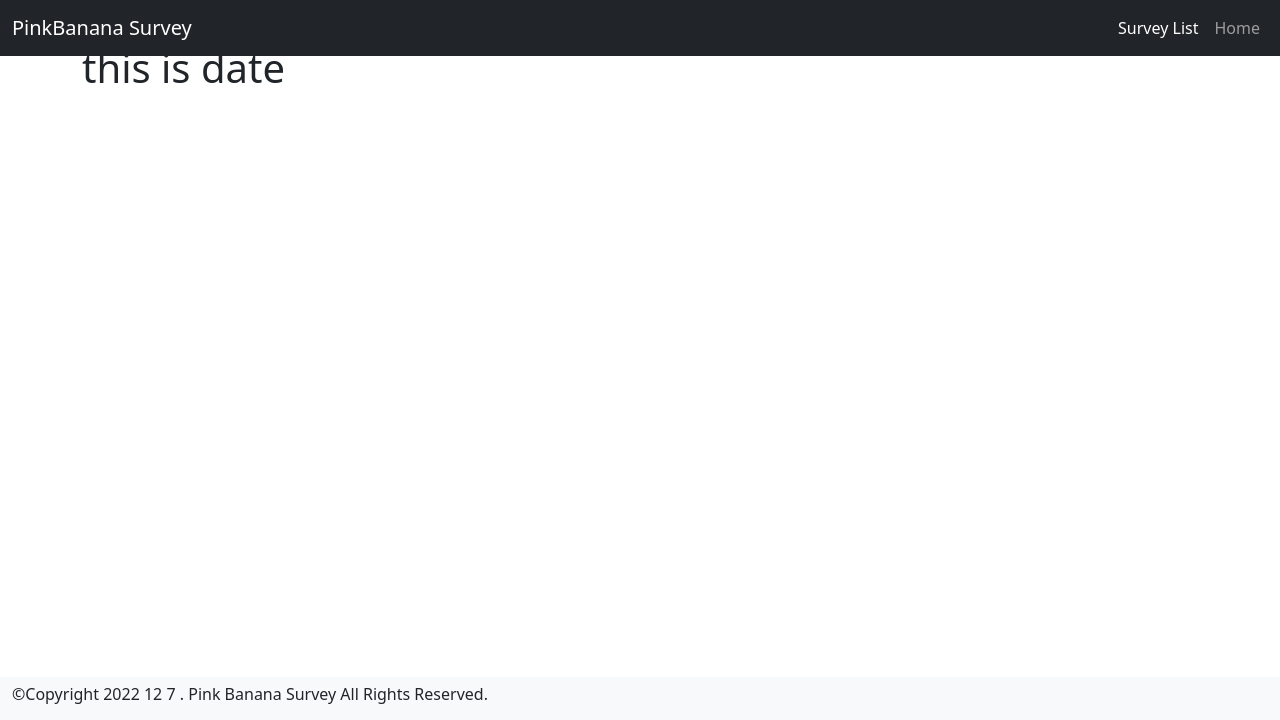
Repository: miaaow42/BananaProject
Page: /date (app in front-end/)
The author's editor kept a copy of each file at every save. The page is drawn from the files as they stood at one save, then again after the next save.
The browser window is 1280 px wide. The pictures show the whole page.
The project was rebuilt for these pictures with package versions that can differ from the ones it lists, and the page was loaded fresh each time. Also part of the build but not shown: front-end/src/App.css, front-end/src/content/survey-list-all.tsx.

Above is the page before, as saved 2022-12-08 05:42:31.

### front-end/public/index.html
<!DOCTYPE html>
<html lang="en">
  <head>
    <meta charset="utf-8" />
    <link rel="icon" href="%PUBLIC_URL%/favicon.ico" />
    <meta name="viewport" content="width=device-width, initial-scale=1" />
    <meta name="theme-color" content="#000000" />
    <meta
      name="description"
      content="Web site created using create-react-app"
    />
    <link rel="apple-touch-icon" href="%PUBLIC_URL%/logo192.png" />
    <!--
      manifest.json provides metadata used when your web app is installed on a
      user's mobile device or desktop. See https://developers.google.com/web/fundamentals/web-app-manifest/
    -->
    <link rel="manifest" href="%PUBLIC_URL%/manifest.json" />
    <!--
      Notice the use of %PUBLIC_URL% in the tags above.
      It will be replaced with the URL of the `public` folder during the build.
      Only files inside the `public` folder can be referenced from the HTML.

      Unlike "/favicon.ico" or "favicon.ico", "%PUBLIC_URL%/favicon.ico" will
      work correctly both with client-side routing and a non-root public URL.
      Learn how to configure a non-root public URL by running `npm run build`.
    -->
    <title>PinkBanana Survey</title>
  </head>
  <body>
    <noscript>You need to enable JavaScript to run this app.</noscript>
    <div id="root"></div>
    <!--
      This HTML file is a template.
      If you open it directly in the browser, you will see an empty page.

      You can add webfonts, meta tags, or analytics to this file.
      The build step will place the bundled scripts into the <body> tag.

      To begin the development, run `npm start` or `yarn start`.
      To create a production bundle, use `npm run build` or `yarn build`.
    -->
  </body>
</html>

### front-end/src/App.tsx
import React from 'react';
import { BrowserRouter, Route, Routes } from 'react-router-dom';


// import logo from './logo.svg';
import './App.css';

// Styles and Fonts
import 'bootstrap/dist/css/bootstrap.min.css';
import '@fortawesome/fontawesome-free/css/all.min.css';

// Comment Components
import Header from './components/header';
import Footer from './components/footer';
import Date from './content/date';

// Content Components
// import Home from './content/home';
import SurveyListAll from './content/survey-list-all';

function App() {
  return (
    <div className="App">
      <BrowserRouter>
      <Header></Header>

      {/* Client- Side Routing*/}
      <Routes>
        <Route path="/" element={<SurveyListAll/>} />
        <Route path='/date' element={<Date/>} />
      </Routes>
      <Footer></Footer>
      </BrowserRouter>
    </div>
  );
}

export default App;

### front-end/src/components/header.tsx
import React from "react";
import {NavLink} from 'react-router-dom';

function Header()
{
    return(
        // <nav classNameName="navbar navbar-expand-lg navbar-dark navbar fixed-top x-navbar">
        //     <NavLink classNameName="navbar-brand" to="/"> <img src="/images/groupProjectLogo.png" alt="Logo" width="60px"/> PinkBanana Survey</NavLink>
        //     <div classNameName="container-fluid" >

        //          <button classNameName="navbar-toggler" type="button" data-bs-toggle="collapse" data-bs-target="#navbarSupportedContent"
        //             aria-controls="navbarSupportedContent" aria-expanded="false" aria-label="Toggle navigation">
        //              <span classNameName="navbar-toggler-icon "></span>
        //          </button>

        //          <div classNameName="collapse navbar-collapse" id="navbarSupportedContent" >
        //             <ul classNameName="navbar-nav ms-auto mb-2 mb-lg-0">
        //                 <li classNameName="nav-item">
        //                     <NavLink  to={"/home"} classNameName="nav-item" >Survey List</NavLink>
        //                 </li>
        //             </ul>
        //          </div>
        //     </div>
        // </nav>
        <nav className="navbar navbar-expand-lg bg-dark navbar-dark fixed-top">
            <div className="container-fluid">
                <NavLink className="navbar-brand" to={"/"}>PinkBanana Survey</NavLink>
                <button className="navbar-toggler" type="button" data-bs-toggle="collapse" data-bs-target="#navbarSupportedContent" aria-controls="navbarSupportedContent" aria-expanded="false" aria-label="Toggle navigation">
                    <span className="navbar-toggler-icon"></span>
                </button>
                <div className="collapse navbar-collapse" id="navbarSupportedContent">
                    <ul className="navbar-nav ms-auto mb-2 mb-lg-0">
                        <li className="nav-item">
                            <NavLink className="nav-link active" aria-current="page" to={"/"}>Survey List</NavLink>
                        </li>
                        <li className="nav-item">
                            <NavLink className="nav-link" aria-current="page" to={"/"}>Home</NavLink>
                        </li>
                    </ul>
                </div>
            </div>
        </nav>
    )
}

export default Header;

### front-end/src/components/footer.tsx
import React from "react";


// Footer Component
function Footer()
{
    function getDate(): number
    {
        let date = new Date();
        return date.getDate();
    }
    function getDate2(): number
    {
        let date = new Date();
        return date.getMonth() + 1;
    }
    function getDate3(): number
    {
        let date = new Date();
        return date.getFullYear();
    }

    return(
        <nav className="navbar fixed-bottom bg-light">
        <div className="container-fluid">
          <h6 >&copy;Copyright {getDate3()} {getDate2()} {getDate()} . Pink Banana Survey All Rights Reserved. </h6>
        </div>
      </nav>
    )
}

export default Footer;

### front-end/src/content/date.tsx
import React from "react";

function Date()
{
    return(
        <div className="flex-wrapper ">
            <div className="container">
                 <div className="row d-flex justify-content-center align-items-center h-100">
                    <br></br><br></br><br></br><br></br><br></br><br></br>
                    <h1>this is  date</h1>

                    <form method="POST" className="col-lg-6 col-md-10 col-sm-10" />

                    </div>
                 </div>
        </div>
    )
}

export default Date;

Loaded but not shown: front-end/src/index.tsx (common file); front-end/src/index.css (common file); front-end/src/reportWebVitals.ts (common file)

After the next save:
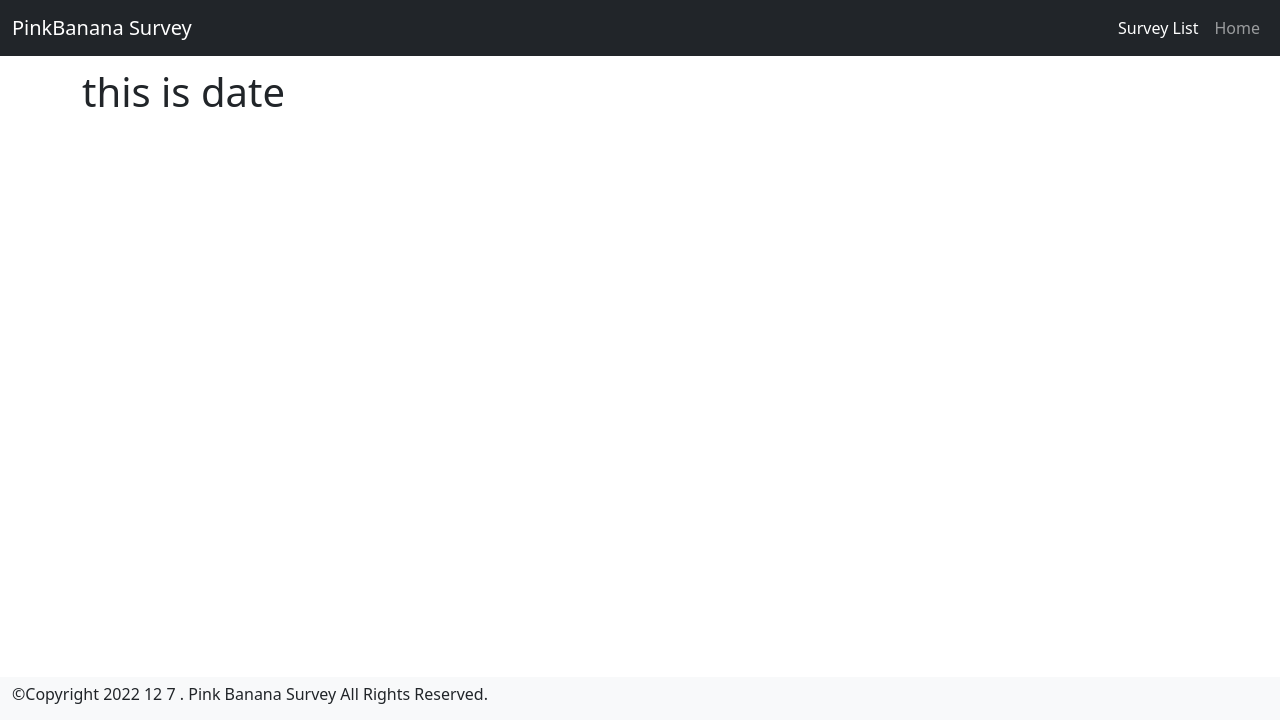
Saved 7 s later.
--- a/front-end/src/content/date.tsx
+++ b/front-end/src/content/date.tsx
@@ -6,7 +6,7 @@ function Date()
         <div className="flex-wrapper ">
             <div className="container">
                  <div className="row d-flex justify-content-center align-items-center h-100">
-                    <br></br><br></br><br></br><br></br><br></br><br></br>
+                    <br></br><br></br><br></br><br></br><br></br><br></br><br></br><br></br>
                     <h1>this is  date</h1>
 
                     <form method="POST" className="col-lg-6 col-md-10 col-sm-10" />
